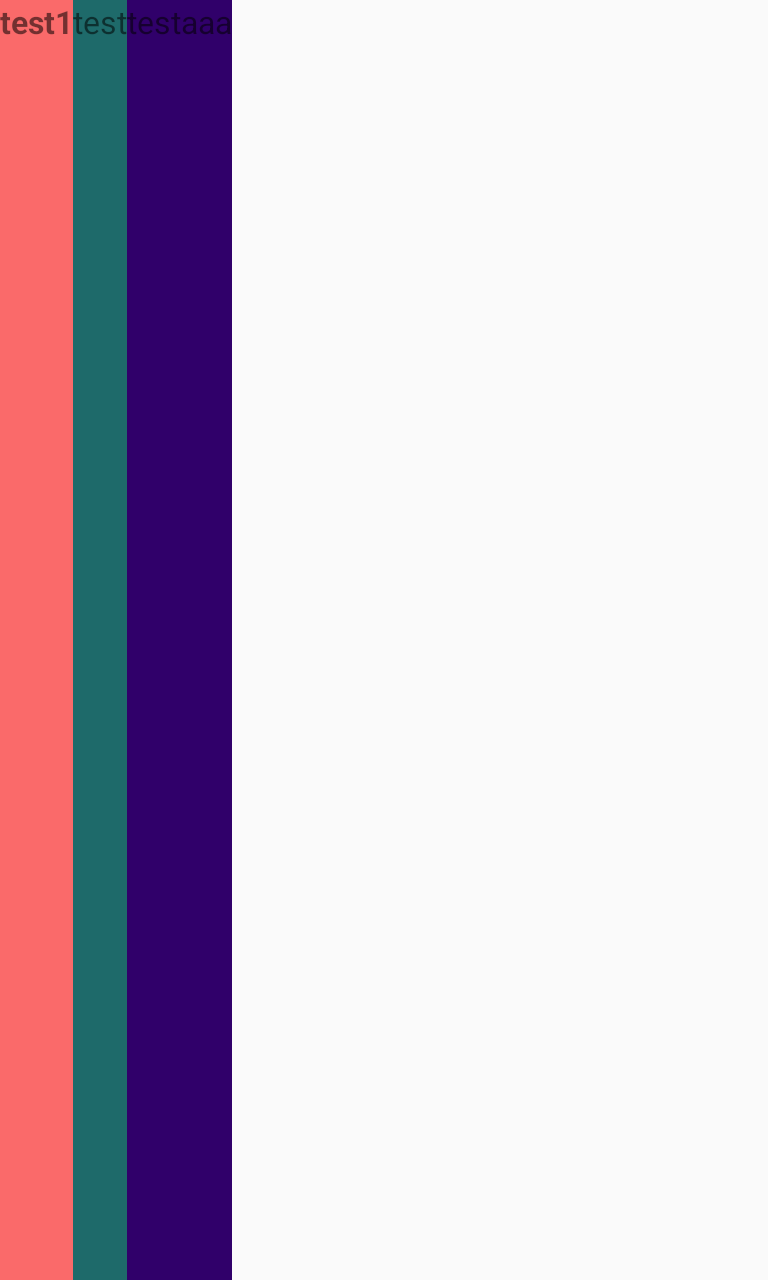
Repository: quantumlicht/android-capstone
Layout: capstone_client/res/layout/newquiz_item.xml
The author's editor kept a copy of each file at every save. The layout is drawn from the files as they stood at one save, then again after the next save.
It is drawn on a 768 x 1280 px phone screen (xhdpi) without system bars, with theme AppTheme; the app's code is not run.

Above is the layout before, as saved 2014-11-09 21:05:25.

### capstone_client/res/layout/newquiz_item.xml
<?xml version="1.0" encoding="utf-8"?>
<LinearLayout xmlns:android="http://schemas.android.com/apk/res/android"
    android:layout_width="match_parent"
    android:layout_height="wrap_content"
    android:orientation="horizontal" >

     <TextView
         android:id="@+id/name"
         android:layout_width="wrap_content"
         android:layout_height="match_parent"
         android:background="#fa6a6a"
         android:text="test1"
         android:textSize="16sp"
         android:textStyle="bold" />

     <TextView
         android:id="@+id/rating"
         android:layout_width="wrap_content"
         android:layout_height="match_parent"
         android:background="#1e6a6a"
         android:minWidth="1dp"
         android:text="test"
         android:textSize="16sp" />

      <TextView
          android:id="@+id/unrelatedMovie"
          android:layout_width="wrap_content"
          android:layout_height="match_parent"
          android:background="#30006a"
          android:minWidth="1dp"
          android:text="testaaa"
          android:textSize="16sp" />

 </LinearLayout>

### capstone_client/res/values/styles.xml
<resources>

    <!--
        Base application theme, dependent on API level. This theme is replaced
        by AppBaseTheme from res/values-vXX/styles.xml on newer devices.
    -->
    <style name="AppBaseTheme" parent="Theme.AppCompat.Light">
        <!--
            Theme customizations available in newer API levels can go in
            res/values-vXX/styles.xml, while customizations related to
            backward-compatibility can go here.
        -->
    </style>

    <!-- Application theme. -->
    <style name="AppTheme" parent="AppBaseTheme">
        <!-- All customizations that are NOT specific to a particular API-level can go here. -->
    </style>

    <declare-styleable name="FragmentArguments">
    	<attr name="android:label" />
	</declare-styleable>

</resources>

Loaded but not shown: capstone_client/res/values-v11/styles.xml (common file); capstone_client/res/values-v14/styles.xml (common file)

After the next save:
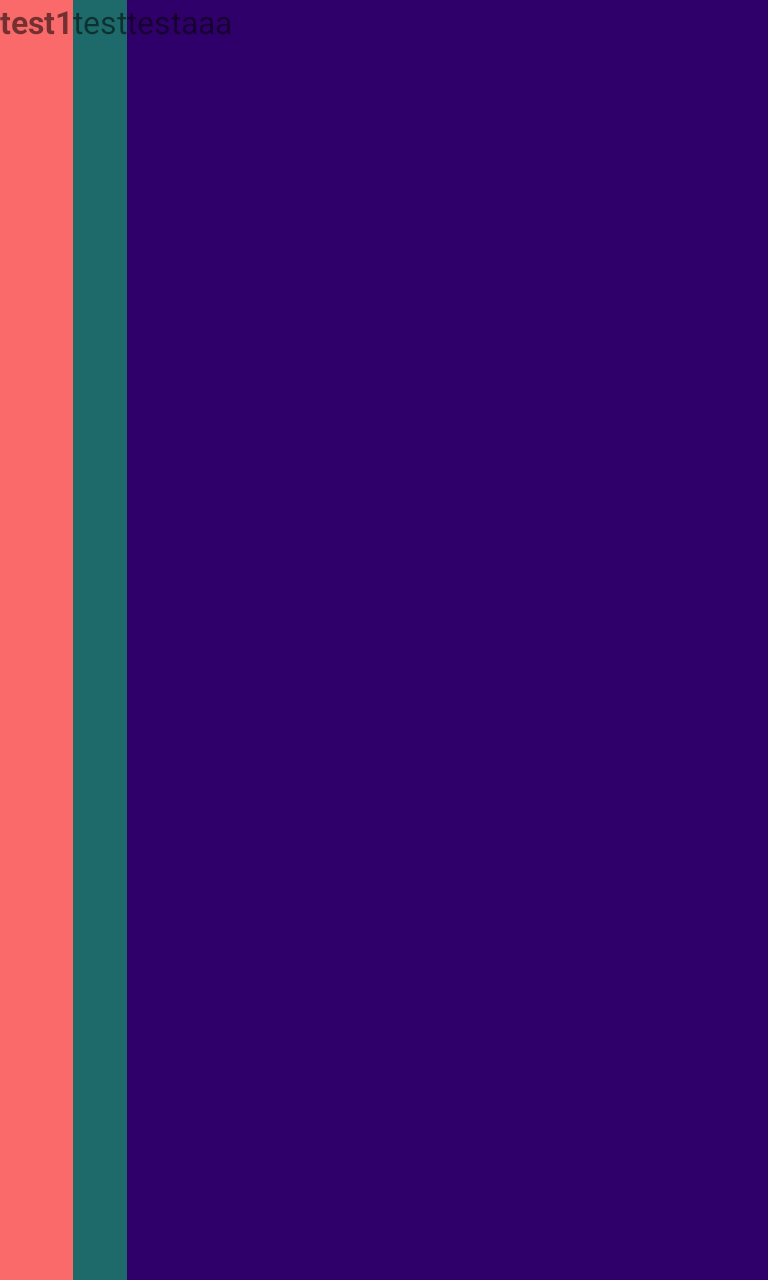
Saved 25 s later.
--- a/capstone_client/res/layout/newquiz_item.xml
+++ b/capstone_client/res/layout/newquiz_item.xml
@@ -1,6 +1,6 @@
 <?xml version="1.0" encoding="utf-8"?>
 <LinearLayout xmlns:android="http://schemas.android.com/apk/res/android"
-    android:layout_width="match_parent"
+    android:layout_width="fill_parent"
     android:layout_height="wrap_content"
     android:orientation="horizontal" >
 
@@ -24,7 +24,7 @@
 
       <TextView
           android:id="@+id/unrelatedMovie"
-          android:layout_width="wrap_content"
+          android:layout_width="fill_parent"
           android:layout_height="match_parent"
           android:background="#30006a"
           android:minWidth="1dp"
